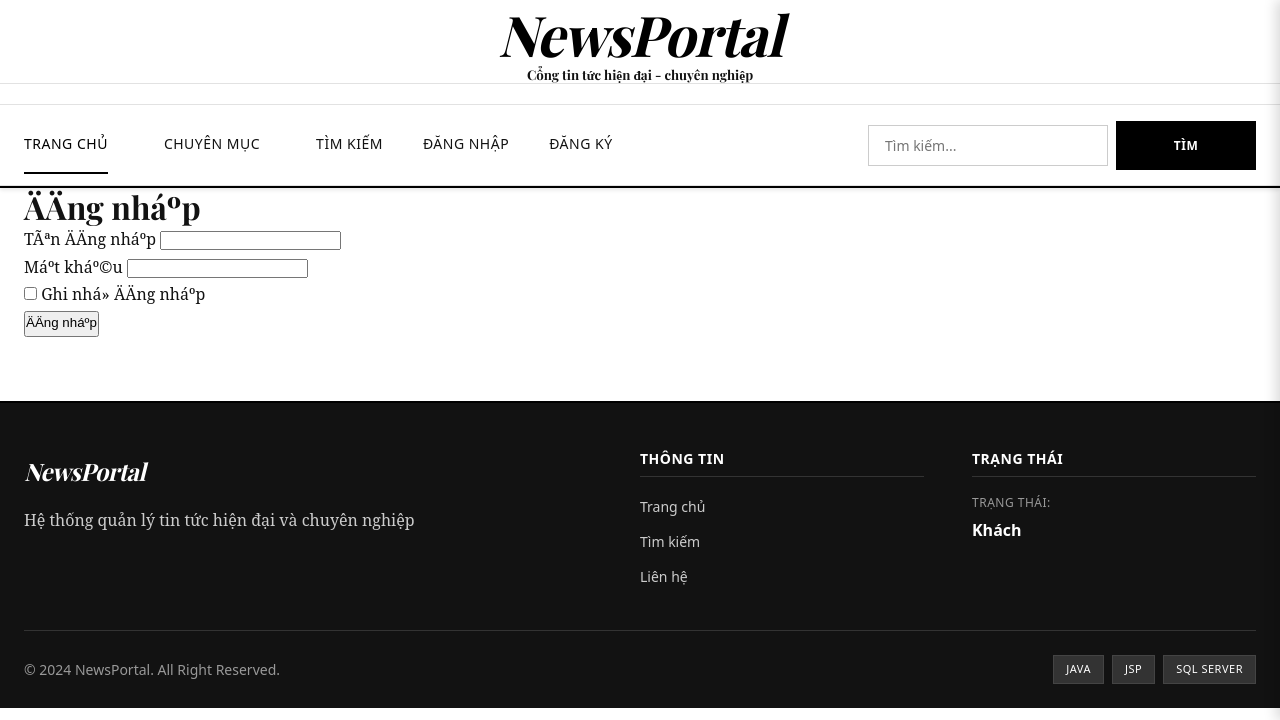
Repository: minhtvpy00202-git/Assignment_PY00202_MinhTV
Page: http://localhost/NewsPortal_PY00202/WEB-INF/views/login.jsp
These files come from the project's save history. The page is drawn as it stood at one moment and after the next save; the edit follows.
The browser window is 1280 px wide. The pictures show the whole page.
Some web fonts or font styles are not loaded; a fallback is used. The page is served by Tomcat 10. Nobody is signed in. Other server files are loaded and not shown. The template is opened directly, without the code that normally fills it, so the values that code supplies are empty.

Above is the page before, as saved 2025-09-28 01:05:09.

### Assignment_NewsPortal/NewsPortal_PY00202/src/main/webapp/WEB-INF/views/login.jsp
<%@ include file="layout/header.jsp" %>
<main class="container">
  <h1>Đăng nhập</h1>
  <form action="login" method="post">
    <label>Tên đăng nhập</label>
    <input type="text" name="username" required><br>
    <label>Mật khẩu</label>
    <input type="password" name="password" required><br>
    <label><input type="checkbox" name="rememberMe"> Ghi nhớ đăng nhập</label><br>
    <button type="submit">Đăng nhập</button>
  </form>
</main>
<%@ include file="layout/footer.jsp" %>

### Assignment_NewsPortal/NewsPortal_PY00202/src/main/webapp/WEB-INF/views/layout/header.jsp
<%@ page contentType="text/html; charset=UTF-8" pageEncoding="UTF-8"%>
<%@ taglib prefix="c" uri="jakarta.tags.core"%>
<c:set var="ctx" value="${pageContext.request.contextPath}" />
<!DOCTYPE html>
<html lang="vi">
<head>
<link href="https://fonts.googleapis.com/css2?family=Playwrite+DE+Grund+Guides&display=swap" rel="stylesheet">
<link rel="preconnect" href="https://fonts.googleapis.com">
<link rel="preconnect" href="https://fonts.gstatic.com" crossorigin>
<link href="https://fonts.googleapis.com/css2?family=DM+Sans:ital,opsz,wght@0,9..40,100..1000;1,9..40,100..1000&display=swap" rel="stylesheet">
<meta charset="UTF-8">
<meta name="viewport" content="width=device-width, initial-scale=1.0">
<title><c:out value="${pageTitle != null ? pageTitle : 'NewsPortal'}" /></title>
<link rel="preconnect" href="https://fonts.googleapis.com">
<link rel="preconnect" href="https://fonts.gstatic.com" crossorigin>
<link href="https://fonts.googleapis.com/css2?family=Lora:ital,wght@0,400;0,500;0,600;0,700;1,400;1,500&display=swap" rel="stylesheet">
<link rel="stylesheet" href="${pageContext.request.contextPath}/assets/css/main.css">
</head>
<body>
	<!-- Header -->
	<header class="main-header">
		<!-- Logo Section (Desktop) -->
		<div class="logo-section">
			<div class="container">
				<h1 class="main-logo">
					<a href="${pageContext.request.contextPath}/home">NewsPortal</a>
					<h5>Cổng tin tức hiện đại - chuyên nghiệp</h5>
				</h1>
			</div>
		</div>

		<div class="container">
			<div class="header-content">
				<!-- Mobile Menu Button -->
				<button class="mobile-menu-btn" onclick="toggleMobileMenu()" aria-label="Menu">
					<span class="hamburger-line"></span>
					<span class="hamburger-line"></span>
					<span class="hamburger-line"></span>
				</button>

				<!-- Mobile Logo -->
				<div class="mobile-logo-section">
					<h1 class="mobile-logo">
						<a href="${pageContext.request.contextPath}/home">NewsPortal</a>
					</h1>
				</div>

				<!-- User Account Button (Mobile) -->
				<c:choose>
					<c:when test="${not empty sessionScope.user}">
						<c:choose>
							<c:when test="${sessionScope.user.role}">
								<a class="mobile-account-btn" href="${pageContext.request.contextPath}/admin/dashboard" aria-label="Admin Dashboard">
									<svg width="20" height="20" viewBox="0 0 24 24" fill="currentColor">
										<path d="M12 12c2.21 0 4-1.79 4-4s-1.79-4-4-4-4 1.79-4 4 1.79 4 4 4zm0 2c-2.67 0-8 1.34-8 4v2h16v-2c0-2.66-5.33-4-8-4z"/>
									</svg>
								</a>
							</c:when>
							<c:otherwise>
								<a class="mobile-account-btn" href="${pageContext.request.contextPath}/reporter/dashboard" aria-label="Reporter Dashboard">
									<svg width="20" height="20" viewBox="0 0 24 24" fill="currentColor">
										<path d="M12 12c2.21 0 4-1.79 4-4s-1.79-4-4-4-4 1.79-4 4 1.79 4 4 4zm0 2c-2.67 0-8 1.34-8 4v2h16v-2c0-2.66-5.33-4-8-4z"/>
									</svg>
								</a>
							</c:otherwise>
						</c:choose>
					</c:when>
					<c:when test="${not empty sessionScope.authUser}">
						<c:choose>
							<c:when test="${sessionScope.authUser.role}">
								<a class="mobile-account-btn" href="${pageContext.request.contextPath}/admin/dashboard" aria-label="Admin Dashboard">
									<svg width="20" height="20" viewBox="0 0 24 24" fill="currentColor">
										<path d="M12 12c2.21 0 4-1.79 4-4s-1.79-4-4-4-4 1.79-4 4 1.79 4 4 4zm0 2c-2.67 0-8 1.34-8 4v2h16v-2c0-2.66-5.33-4-8-4z"/>
									</svg>
								</a>
							</c:when>
							<c:otherwise>
								<a class="mobile-account-btn" href="${pageContext.request.contextPath}/reporter/dashboard" aria-label="Reporter Dashboard">
									<svg width="20" height="20" viewBox="0 0 24 24" fill="currentColor">
										<path d="M12 12c2.21 0 4-1.79 4-4s-1.79-4-4-4-4 1.79-4 4 1.79 4 4 4zm0 2c-2.67 0-8 1.34-8 4v2h16v-2c0-2.66-5.33-4-8-4z"/>
									</svg>
								</a>
							</c:otherwise>
						</c:choose>
					</c:when>
					<c:otherwise>
						<a class="mobile-account-btn" href="${pageContext.request.contextPath}/auth/login" aria-label="Login">
							<svg width="20" height="20" viewBox="0 0 24 24" fill="currentColor">
								<path d="M12 12c2.21 0 4-1.79 4-4s-1.79-4-4-4-4 1.79-4 4 1.79 4 4 4zm0 2c-2.67 0-8 1.34-8 4v2h16v-2c0-2.66-5.33-4-8-4z"/>
							</svg>
						</a>
					</c:otherwise>
				</c:choose>
			</div>
		</div>

		<!-- Desktop Navigation -->
		<nav class="desktop-nav">
			<div class="container">
				<div class="nav-links">
					<a class="nav-link" data-page="/home" href="${ctx}/home">Trang chủ</a>

					<div class="nav-item dropdown">
						<a class="nav-link" data-page="/category" href="#">Chuyên mục</a>
						<div class="dropdown-menu">
							<c:forEach var="cata" items="${categories}">
								<a class="dropdown-item" href="${ctx}/category?id=${cata.id}">${cata.name}</a>
							</c:forEach>
						</div>
					</div>

					<a class="nav-link" data-page="/search"   href="${ctx}/search">Tìm kiếm</a>

					<c:choose>
						<c:when test="${not empty sessionScope.user}">
							<c:choose>
								<c:when test="${sessionScope.user.role}">
									<a class="nav-link" href="${pageContext.request.contextPath}/admin/dashboard">Dashboard</a>
								</c:when>
								<c:otherwise>
									<a class="nav-link" href="${pageContext.request.contextPath}/reporter/dashboard">Dashboard</a>
								</c:otherwise>
							</c:choose>
							<a class="nav-link" href="${pageContext.request.contextPath}/auth/logout">Đăng xuất</a>
						</c:when>
						<c:when test="${not empty sessionScope.authUser}">
							<c:choose>
								<c:when test="${sessionScope.authUser.role}">
									<a class="nav-link" href="${pageContext.request.contextPath}/admin/dashboard">Dashboard</a>
								</c:when>
								<c:otherwise>
									<a class="nav-link" href="${pageContext.request.contextPath}/reporter/dashboard">Dashboard</a>
								</c:otherwise>
							</c:choose>
							<a class="nav-link" href="${pageContext.request.contextPath}/auth/logout">Đăng xuất</a>
						</c:when>
						<c:otherwise>
							<a class="nav-link" href="${pageContext.request.contextPath}/auth/login">Đăng nhập</a>
							<a class="nav-link" href="${pageContext.request.contextPath}/auth/register">Đăng ký</a>
						</c:otherwise>
					</c:choose>
				</div>

				<form class="search-form" action="${pageContext.request.contextPath}/search" method="get">
					<input class="form-control" name="q" type="search" value="<c:out value='${q}'/>" placeholder="Tìm kiếm...">
					<button class="btn btn-primary" type="submit">Tìm</button>
				</form>
			</div>
		</nav>
	</header>

	<!-- Mobile Menu Overlay -->
	<div class="mobile-menu-overlay" onclick="closeMobileMenu()"></div>

	<!-- Mobile Menu -->
	<nav class="mobile-menu">
		<div class="mobile-menu-header">
			<h2>Menu</h2>
			<button class="close-btn" onclick="closeMobileMenu()" aria-label="Close">×</button>
		</div>

		<div class="mobile-menu-content">
			<div class="mobile-nav-section">
				<a class="mobile-nav-link" href="${pageContext.request.contextPath}/home">Trang chủ</a>
				<a class="mobile-nav-link" href="${pageContext.request.contextPath}/search">Tìm kiếm</a>

				<div class="mobile-nav-group">
					<h3>Chuyên mục</h3>
					<c:forEach var="cata" items="${categories}">
						<a class="mobile-nav-sublink" href="${pageContext.request.contextPath}/category?id=${cata.id}">
							${cata.name}
						</a>
					</c:forEach>
				</div>
			</div>

			<div class="mobile-nav-section">
				<c:choose>
					<c:when test="${not empty sessionScope.user}">
						<c:choose>
							<c:when test="${sessionScope.user.role}">
								<a class="mobile-nav-link" href="${pageContext.request.contextPath}/admin/dashboard">Dashboard</a>
							</c:when>
							<c:otherwise>
								<a class="mobile-nav-link" href="${pageContext.request.contextPath}/reporter/dashboard">Dashboard</a>
							</c:otherwise>
						</c:choose>
						<a class="mobile-nav-link logout" href="${pageContext.request.contextPath}/auth/logout">Đăng xuất</a>
					</c:when>
					<c:when test="${not empty sessionScope.authUser}">
						<c:choose>
							<c:when test="${sessionScope.authUser.role}">
								<a class="mobile-nav-link" href="${pageContext.request.contextPath}/admin/dashboard">Dashboard</a>
							</c:when>
							<c:otherwise>
								<a class="mobile-nav-link" href="${pageContext.request.contextPath}/reporter/dashboard">Dashboard</a>
							</c:otherwise>
						</c:choose>
						<a class="mobile-nav-link logout" href="${pageContext.request.contextPath}/auth/logout">Đăng xuất</a>
					</c:when>
					<c:otherwise>
						<a class="mobile-nav-link" href="${pageContext.request.contextPath}/auth/login">Đăng nhập</a>
						<a class="mobile-nav-link" href="${pageContext.request.contextPath}/auth/register">Đăng ký</a>
					</c:otherwise>
				</c:choose>
			</div>

			<div class="mobile-search-section">
				<form action="${pageContext.request.contextPath}/search" method="get">
					<div class="mobile-search-group">
						<input class="mobile-search-input" name="q" type="search" value="<c:out value='${q}'/>" placeholder="Tìm kiếm bài viết...">
						<button class="mobile-search-btn" type="submit">Tìm</button>
					</div>
				</form>
			</div>
		</div>
	</nav>


<script>
// Mobile Menu Functions
function toggleMobileMenu() {
    const mobileMenu = document.querySelector('.mobile-menu');
    const overlay = document.querySelector('.mobile-menu-overlay');
    const body = document.body;
    const menuBtn = document.querySelector('.mobile-menu-btn');

    mobileMenu.classList.add('active');
    overlay.classList.add('active');
    body.classList.add('menu-open');
    menuBtn.classList.add('active');
}

function closeMobileMenu() {
    const mobileMenu = document.querySelector('.mobile-menu');
    const overlay = document.querySelector('.mobile-menu-overlay');
    const body = document.body;
    const menuBtn = document.querySelector('.mobile-menu-btn');

    mobileMenu.classList.remove('active');
    overlay.classList.remove('active');
    body.classList.remove('menu-open');
    menuBtn.classList.remove('active');
}

// Desktop Dropdown Functions
function toggleDropdown(event) {
    event.preventDefault();
    const dropdown = event.target.parentNode.querySelector('.dropdown-menu');
    const isVisible = dropdown.classList.contains('show');

    // Close all dropdowns
    document.querySelectorAll('.dropdown-menu').forEach(menu => {
        menu.classList.remove('show');
    });

    // Toggle current dropdown
    if (!isVisible) {
        dropdown.classList.add('show');
    }
}

// Close dropdown when clicking outside
document.addEventListener('click', function(event) {
    if (!event.target.closest('.dropdown')) {
        document.querySelectorAll('.dropdown-menu').forEach(menu => {
            menu.classList.remove('show');
        });
    }
});

// Close mobile menu when clicking nav links
document.querySelectorAll('.mobile-nav-link, .mobile-nav-sublink').forEach(link => {
    link.addEventListener('click', closeMobileMenu);
});

// Handle window resize
window.addEventListener('resize', function() {
    if (window.innerWidth > 768) {
        closeMobileMenu();
    }
});


</script>
<script>
document.addEventListener('DOMContentLoaded', function () {
  const ctx = '${ctx}';

  // Chuẩn hoá path: bỏ contextPath, bỏ query, bỏ dấu / cuối
  const normalize = p => {
    p = p.replace(ctx, '');
    if (!p) return '/home';
    if (p.length > 1 && p.endsWith('/')) p = p.slice(0, -1);
    return p;
  };

  const path = normalize(window.location.pathname);

  // Bỏ active cũ
  const items = Array.from(document.querySelectorAll('.desktop-nav .nav-link[data-page]'));
  items.forEach(a => a.classList.remove('active'));

  // Chọn item có data-page là prefix dài nhất của path
  let best = null;
  let bestLen = -1;
  items.forEach(a => {
    const dp = a.getAttribute('data-page');
    if (path === dp || path.startsWith(dp)) {
      if (dp.length > bestLen) {
        best = a;
        bestLen = dp.length;
      }
    }
  });

  // Fallback: vẫn không thấy thì gắn Trang chủ
  if (!best) {
    best = document.querySelector('.desktop-nav .nav-link[data-page="/home"]');
  }

  if (best) best.classList.add('active');
});
</script>

</body>

### Assignment_NewsPortal/NewsPortal_PY00202/src/main/webapp/WEB-INF/views/layout/footer.jsp
<%@ page contentType="text/html; charset=UTF-8" pageEncoding="UTF-8"%>
<%@ taglib prefix="c" uri="jakarta.tags.core" %>

<!-- Modern Footer -->
<footer class="modern-footer">
    <div class="footer-container">
        <div class="footer-content">
            <div class="footer-section">
                <div class="footer-brand">
                    <span class="footer-logo">📰</span>
                    <span class="footer-title">NewsPortal</span>
                </div>
                <p class="footer-description">
                    Hệ thống quản lý tin tức hiện đại và chuyên nghiệp
                </p>
            </div>

            <div class="footer-section">
                <h4 class="footer-heading">Thông tin</h4>
                <ul class="footer-links">
                    <li><a href="${pageContext.request.contextPath}/home">Trang chủ</a></li>
                    <li><a href="${pageContext.request.contextPath}/search">Tìm kiếm</a></li>
                    <li><a href="#" onclick="return false;">Liên hệ</a></li>
                </ul>
            </div>

            <div class="footer-section">
                <h4 class="footer-heading">Trạng thái</h4>
                <div class="footer-status">
                    <c:choose>
                        <c:when test="${not empty sessionScope.authUser}">
                            <div class="status-item">
                                <span class="status-label">Đăng nhập:</span>
                                <span class="status-value">
                                    <c:out value="${sessionScope.authUser.fullname != null ? sessionScope.authUser.fullname : sessionScope.authUser.username}"/>
                                </span>
                            </div>
                            <div class="status-item">
                                <span class="status-label">Vai trò:</span>
                                <span class="status-value ${sessionScope.authUser.role ? 'admin' : 'reporter'}">
                                    ${sessionScope.authUser.role ? 'Quản trị viên' : 'Phóng viên'}
                                </span>
                            </div>
                        </c:when>
                        <c:when test="${not empty sessionScope.user}">
                            <div class="status-item">
                                <span class="status-label">Đăng nhập:</span>
                                <span class="status-value">
                                    <c:out value="${sessionScope.user.fullname != null ? sessionScope.user.fullname : sessionScope.user.username}"/>
                                </span>
                            </div>
                        </c:when>
                        <c:otherwise>
                            <div class="status-item">
                                <span class="status-label">Trạng thái:</span>
                                <span class="status-value">Khách</span>
                            </div>
                        </c:otherwise>
                    </c:choose>
                </div>
            </div>
        </div>

        <div class="footer-bottom">
            <div class="footer-copyright">
                <p>&copy; 2024 NewsPortal. All Right Reserved.</p>
            </div>
            <div class="footer-tech">
                <span class="tech-badge">Java</span>
                <span class="tech-badge">JSP</span>
                <span class="tech-badge">SQL Server</span>
            </div>
        </div>
    </div>
</footer>



</body>
</html>

Loaded but not shown: Assignment_NewsPortal/NewsPortal_PY00202/src/main/webapp/assets/css/main.css (4201 lines, source omitted)

After the next save:
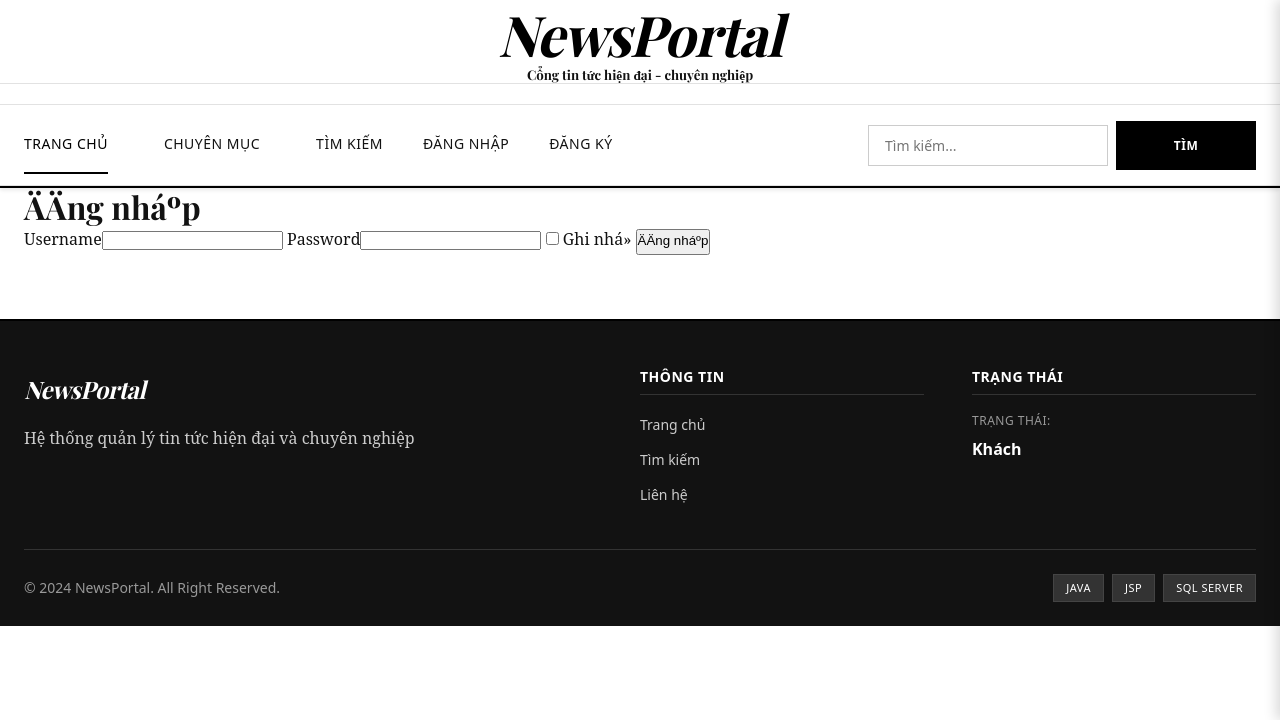
Saved 9 s later.
--- a/Assignment_NewsPortal/NewsPortal_PY00202/src/main/webapp/WEB-INF/views/login.jsp
+++ b/Assignment_NewsPortal/NewsPortal_PY00202/src/main/webapp/WEB-INF/views/login.jsp
@@ -1,13 +1,13 @@
-<%@ include file="layout/header.jsp" %>
-<main class="container">
-  <h1>Đăng nhập</h1>
-  <form action="login" method="post">
-    <label>Tên đăng nhập</label>
-    <input type="text" name="username" required><br>
-    <label>Mật khẩu</label>
-    <input type="password" name="password" required><br>
-    <label><input type="checkbox" name="rememberMe"> Ghi nhớ đăng nhập</label><br>
-    <button type="submit">Đăng nhập</button>
-  </form>
+<%@ include file="/WEB-INF/views/layout/header.jsp"%>
+<main class="container narrow">
+	<h1>Đăng nhập</h1>
+	<form class="form" action="${pageContext.request.contextPath}/login"
+		method="post">
+		<label>Username</label><input name="username" required> <label>Password</label><input
+			type="password" name="password" required> <label
+			class="inline"><input type="checkbox" name="remember">
+			Ghi nhớ</label>
+		<button type="submit">Đăng nhập</button>
+	</form>
 </main>
-<%@ include file="layout/footer.jsp" %>
+<%@ include file="/WEB-INF/views/layout/footer.jsp"%>
